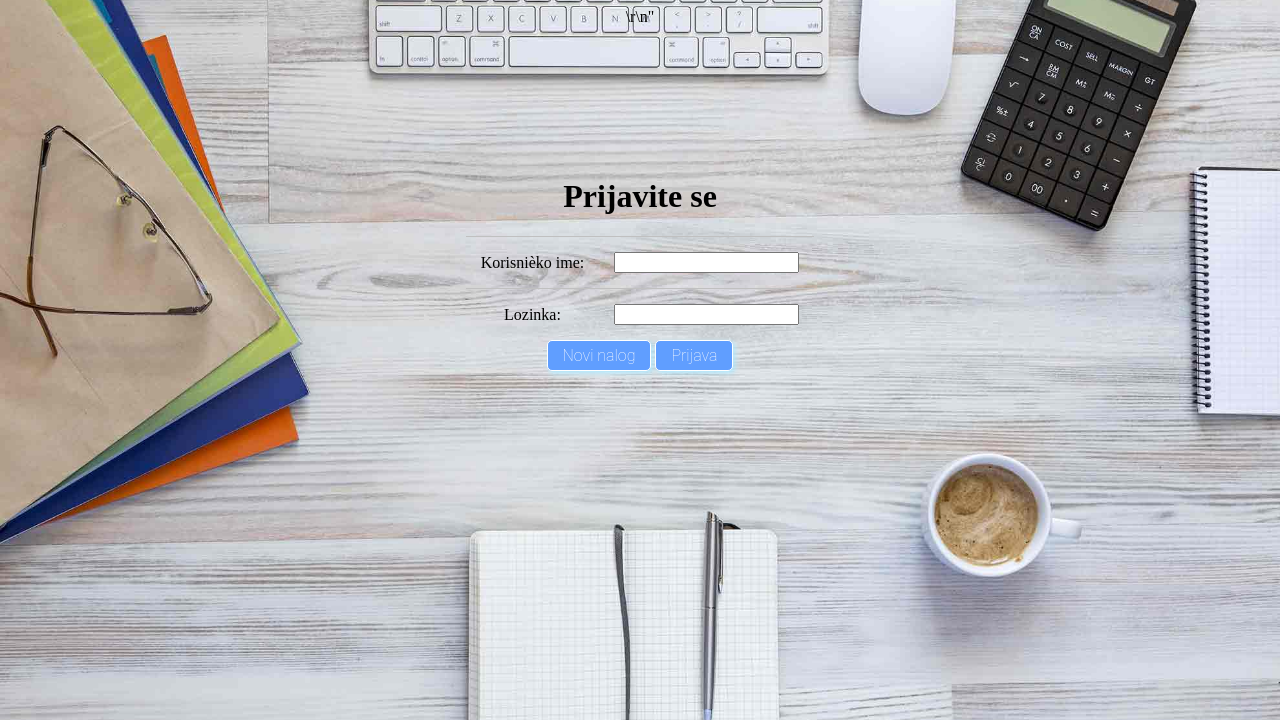
Repository: KristijanPetkovic/java-applet-video-library
Page: Projekti/www.videoteka.com/WebContent/login.html
An editor plug-in stored every save of this project. The page is shown before and after the next save, followed by the edit.
The browser window is 1280 px wide. The pictures show the whole page.

Above is the page before, as saved 2019-01-11 19:47:07.

### Projekti/www.videoteka.com/WebContent/login.html
<!DOCTYPE html>
<html>
	<head>
		<meta http-equiv="content-type" content="text/html">
		<title>Prijavljivanje</title>
		<link rel=\"stylesheet\" href=\"https://maxcdn.bootstrapcdn.com/bootstrap/3.3.7/css/bootstrap.min.css\">\r\n"
		<link rel="stylesheet" type="text/css" href="logovanje.css" >
	</head>
	<body>
		<h1 id="naslov">Prijavite se</h1>
		<form method="post">
			<table class="center" cellpadding="15px">
				<tr>
					<td>Korisnièko ime: </td>
					<td> <input name="ime" type="text"> </td>
				</tr>
				<tr>
					<td>Lozinka: </td>
					<td> <input name="sifra" type="password"> </td>
				</tr>
			</table>
			<input class="color-change" name="otvaranje" type="submit" value="Novi nalog" formaction="noviKorisnik.html">
			<input class="color-change" name="prijava" type="submit" value="Prijava" formaction="LoginServlet" >

		</form>
	</body>
</html>

### Projekti/www.videoteka.com/WebContent/logovanje.css
#naslov{
    margin-top:12%;
    }

table.center {
    margin-left:auto;
    margin-right:auto;
  }

body {
	background: url(poz.jpg) no-repeat center center fixed;
	-webkit-background-size: cover;
	-moz-background-size: cover;
	-o-background-size: cover;
	background-size: cover;
	text-align:center;
  }
table{
	border-color: rgb(0,0,0);
	border-collapse: collapse;
}
th{
	color: rgb(255, 255, 255);
	background: rgb(0, 0, 0);
	collspan: 2;
}
td{
	border-top: 1pt solid silver;
	padding: 10;
}
ttr:nth-child(odd){
	background: rgb(255, 255, 255);
}
tr:hover{
	background: rgb(96, 158, 255);
}
input:focus{
	background-color: rgb(255, 255, 179);
	border-color: rgb(186, 186, 186);
}
.color-change {
  border-radius: 5px;
  font-size: 20px;
  padding: 5px 15px;
  cursor: pointer;
  color: #fff;
  background-color: rgb(96, 158, 255);
  font-size: 1rem;
  font-family: 'Roboto';
  font-weight: 100;
  border: 1px solid #fff;
  box-shadow: 2px 2px 5px #AFE9FF;
  transition-duration: 0.5s;
  -webkit-transition-duration: 0.5s;
  -moz-transition-duration: 0.5s;
}

.color-change:hover {
  color: #006398;
  border: 1px solid #006398;
  box-shadow: 2px 2px 20px #AFE9FF;
}

button.color-change {
  -webkit-appearance: none;
  -moz-appearance: none;
}

After the next save:
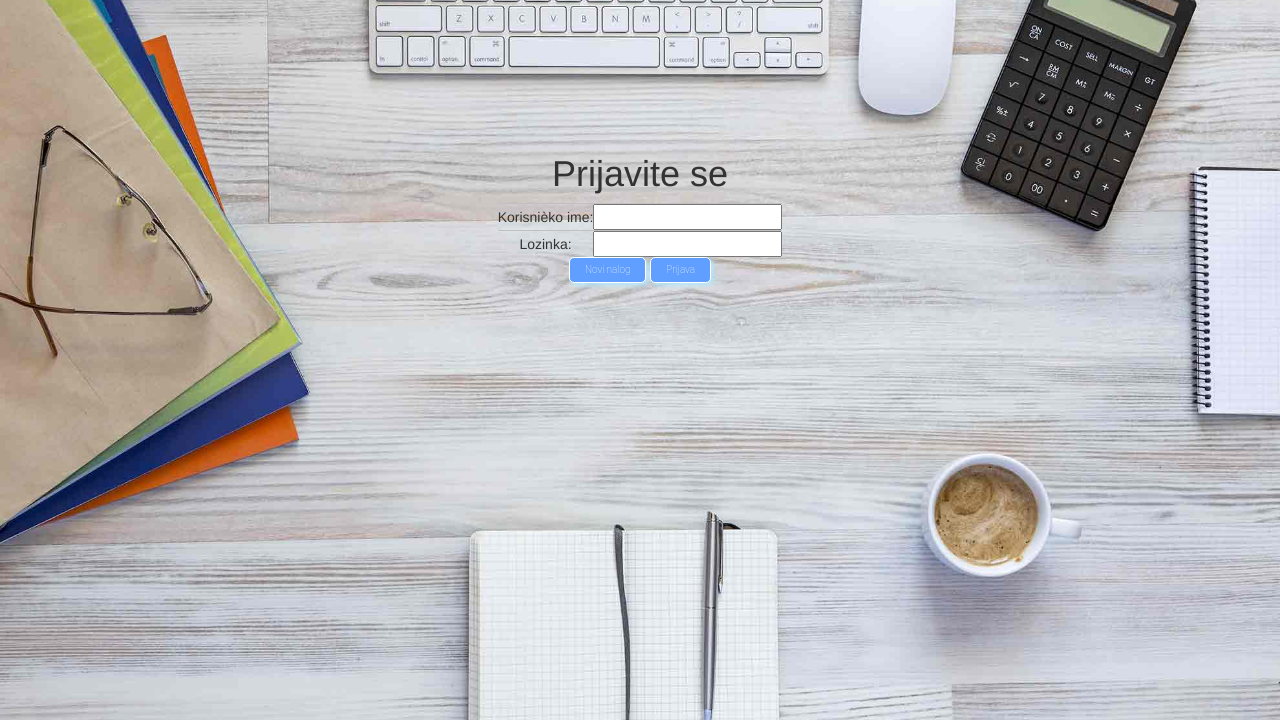
Saved 28 s later.
--- a/Projekti/www.videoteka.com/WebContent/login.html
+++ b/Projekti/www.videoteka.com/WebContent/login.html
@@ -3,7 +3,7 @@
 	<head>
 		<meta http-equiv="content-type" content="text/html">
 		<title>Prijavljivanje</title>
-		<link rel=\"stylesheet\" href=\"https://maxcdn.bootstrapcdn.com/bootstrap/3.3.7/css/bootstrap.min.css\">\r\n"
+		<link rel="stylesheet" href="https://maxcdn.bootstrapcdn.com/bootstrap/3.3.7/css/bootstrap.min.css">
 		<link rel="stylesheet" type="text/css" href="logovanje.css" >
 	</head>
 	<body>
